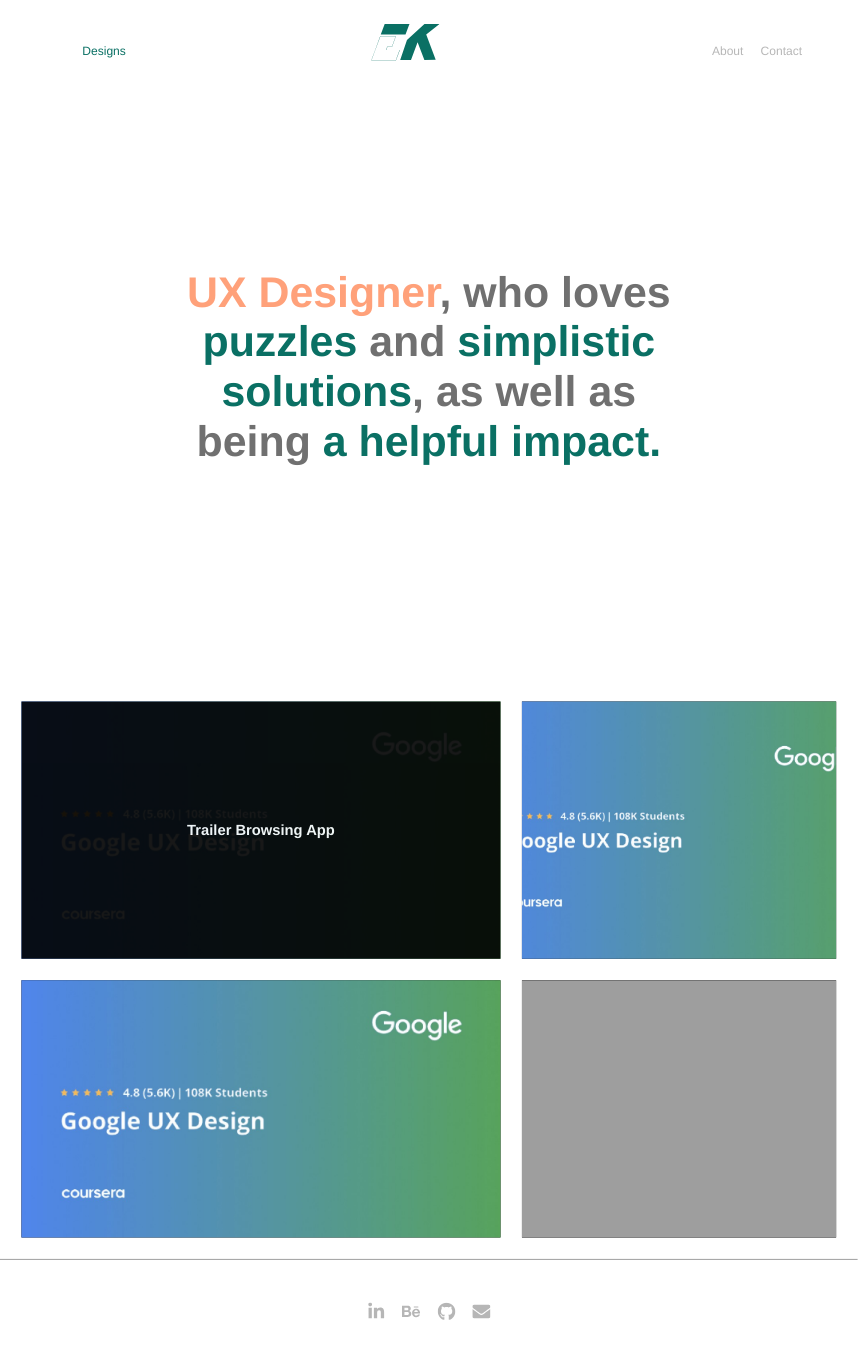
Repository: Kudom-E/Kudom-E.github.io
Page: /#/designs
These files come from the project's save history. The page is drawn as it stood at one moment and after the next save; the edit follows.
The browser window is 1280 px wide. The pictures show the whole page, at 67% of full size.
Pictures or frames that could not be fetched are drawn as grey boxes. The project was rebuilt for these pictures with package versions that can differ from the ones it lists, and the page was loaded fresh each time. Also part of the build but not shown: next.config.js, src/Pages/Splash/Splash.js, src/Pages/About/About.js, src/Pages/Contact/Contact.js, src/Pages/Project/Project.js, src/App.css.

Above is the page before, as saved 2022-04-01 00:26:18.

After the next save:
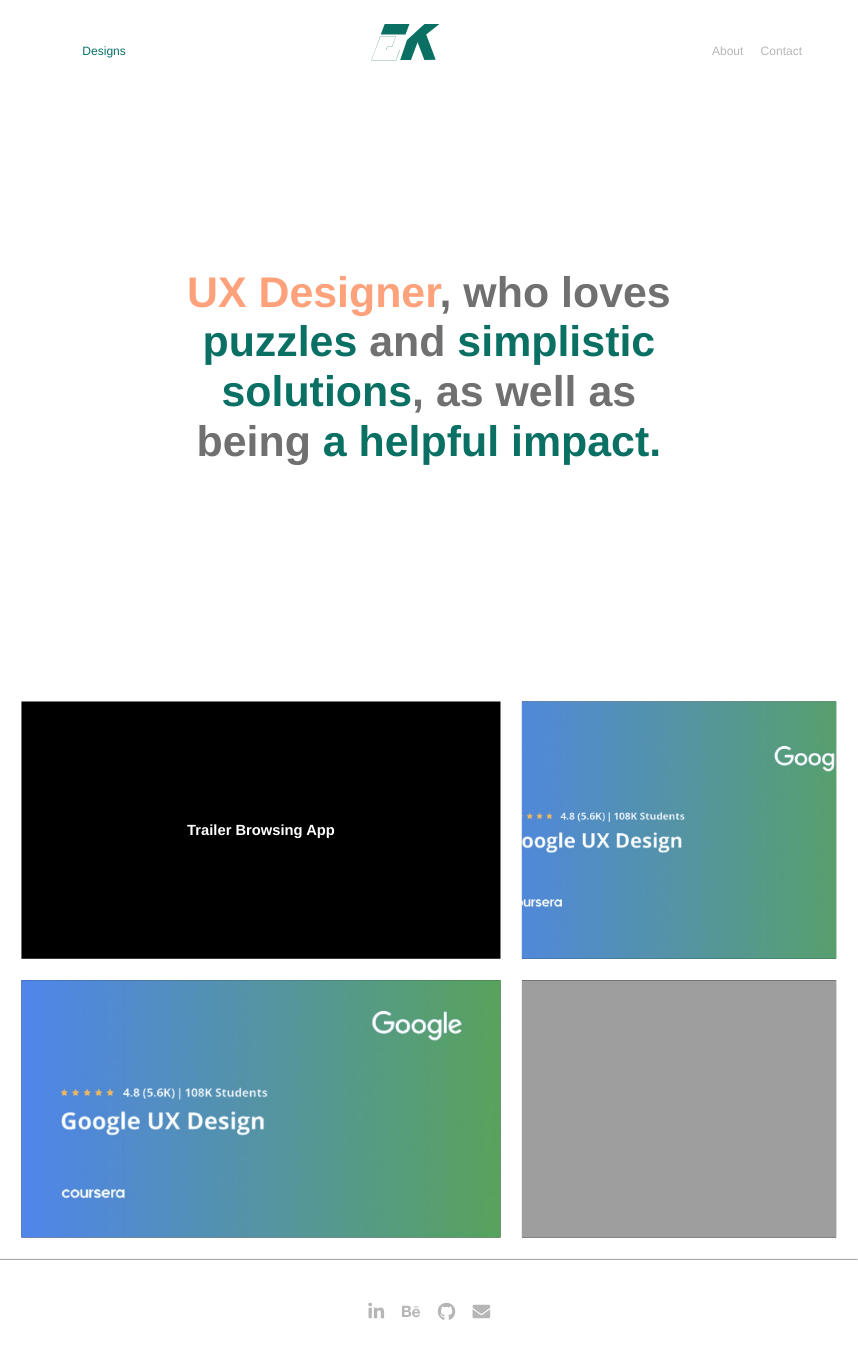
Saved 5 min 26 s later.
--- a/src/Pages/Pages.css
+++ b/src/Pages/Pages.css
@@ -101,11 +101,9 @@
     align-items: center;
     justify-content: center;
 }
+.gri
 .c-back {
     opacity: .9;
-}
-.c-back:hover {
-    display: flex;
 }
 .c-back h3 {
     color: var(--bright);
@@ -117,6 +115,9 @@
     background-repeat: no-repeat;
     opacity: 1;
     margin: 0;
+}
+.coursera:hover .c-back {
+    display: block;
 }
 
 .kace {
